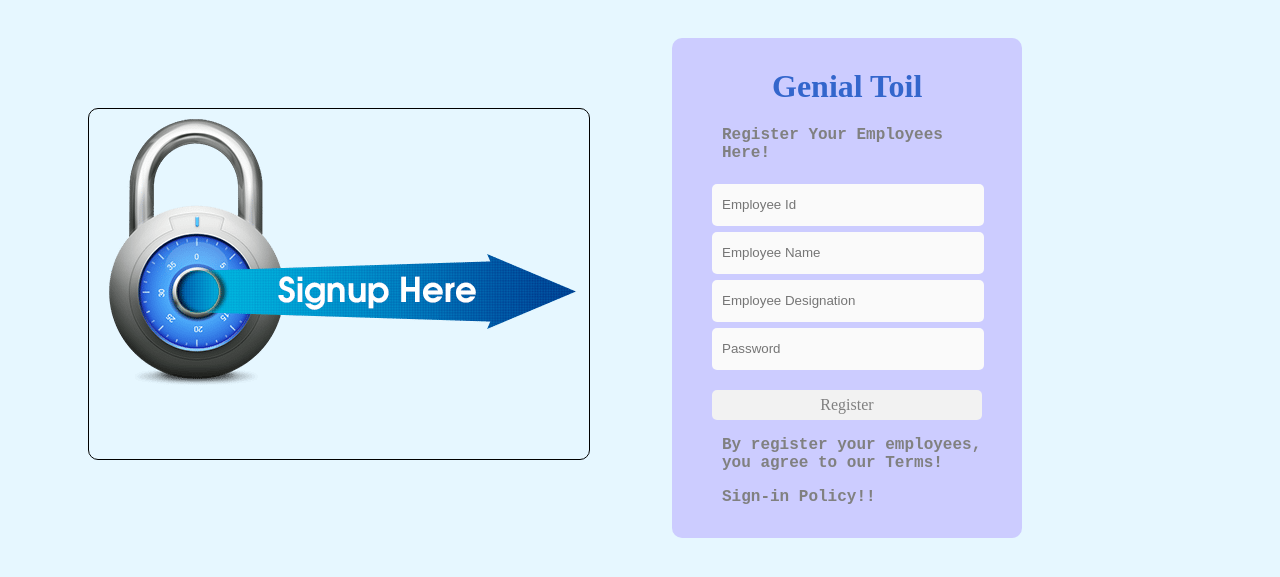
Repository: robin9533/Basic-Programs-App.
Page: GW-Genial Work Proj/GT_GenialToil/WebContent/EmployeeSignup.html
An editor plug-in stored every save of this project. The page is shown before and after a run of saves, followed by the edit.
The browser window is 1280 px wide. The pictures show the whole page.

Above is the page before, as saved 2019-05-10 13:00:14.

### GW-Genial Work Proj/GT_GenialToil/WebContent/EmployeeSignup.html
<!DOCTYPE html>
<html>
<head>
<meta charset="ISO-8859-1">
<title>Employee Registration Form</title>
<link rel="Stylesheet" type="text/css" href="EmployeeSignup.css">
</head>
<body>

	<div class="imgblock">
		<img src="signup.png">
	 </div>

	<div class="registrationblock">
		<h1>Genial Toil</h1>
		<h4>Register Your Employees Here!</h4>


		<Form action="EmployeeSignupServlet">

			<input type="text" name="empId" placeholder="Employee Id"> <input
				type="text" name="empName" placeholder="Employee Name"> <input
				type="text" name="empDes" placeholder="Employee Designation">
			<input type="password" name="empPass" placeholder="Password">
			<button type="button">Register</button>

			<h5>By register your employees, you agree to our Terms! </h5>
				<h5>Sign-in Policy!!</h5>

		</Form>
	</div>

</body>
</html>

### GW-Genial Work Proj/GT_GenialToil/WebContent/EmployeeSignup.css
@charset "ISO-8859-1";

body{
	background-color: #e6f7ff;
}
.registrationblock {
	height:500px;
	width: 350px;
	float:right;
	margin-top: 30px;
	margin-right: 250px;
	border-radius:10px;
	border:0px solid black;
	background-color: #ccccff;
}

.imgblock{
	height:350px;
	width: 500px;
	float:left;
	margin-top: 100px;
	margin-left: 80px;
	border-radius:10px;
	border:01px solid black;
}
.registrationblock input{
	width: 260px;
	height:40px;
	margin-bottom:6px;
	margin-left:40px;
	padding-left: 10px;
	color:graytext;
	background: #fafafa;
	border: none;
	border:0px solid gray;
	border-radius: 5px;

}
.registrationblock button{
	width:270px;
	height:30px;
	margin-left:40px;
	margin-top:14px;
	text-align: center;
	cursor: pointer;
	color:gray;
	font-family:inherit;
	font-size:16px;
	background: #f2f2f2;
	border-radius:5px;
	border: 0px solid #3897F0;
	}
.registrationblock h1{
	margin-top:30px;
	margin-left: 100px;
	font-family:inherit;
	color: #3366cc;
	cursor: default;
	}

.registrationblock h4{
	padding-left:50px;
	padding-right:40px;
	font-family:monospace;
	font-size:16px;
	color: grey;
	cursor: default;
	}
.registrationblock h5{
	padding-left:50px;
	padding-right:30px;
	margin:16px 0px 0px 0px;
	font-family:monospace;
	font-size:16px;
	color: grey;
	cursor: default;
	border: 0px solid black;
	}

After the next 3 saves:
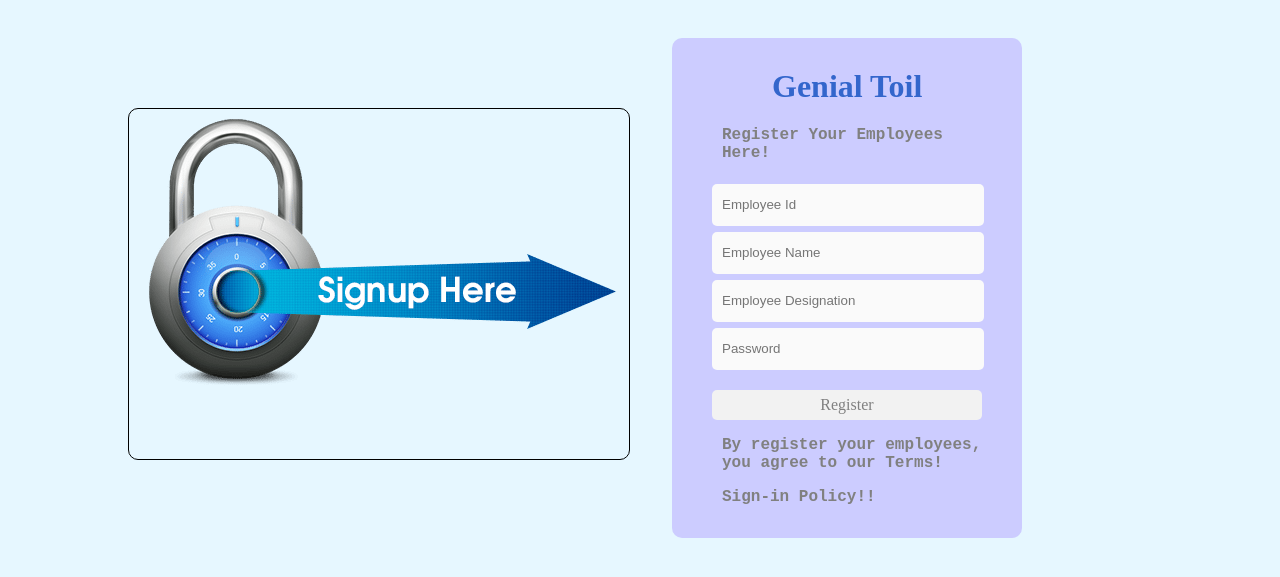
The 3 saves are shown as one change because they came seconds apart.
The last was saved 10 s later.
--- a/GW-Genial Work Proj/GT_GenialToil/WebContent/EmployeeSignup.css
+++ b/GW-Genial Work Proj/GT_GenialToil/WebContent/EmployeeSignup.css
@@ -19,7 +19,7 @@ body{
 	width: 500px;
 	float:left;
 	margin-top: 100px;
-	margin-left: 80px;
+	margin-left: 120px;
 	border-radius:10px;
 	border:01px solid black;
 }
